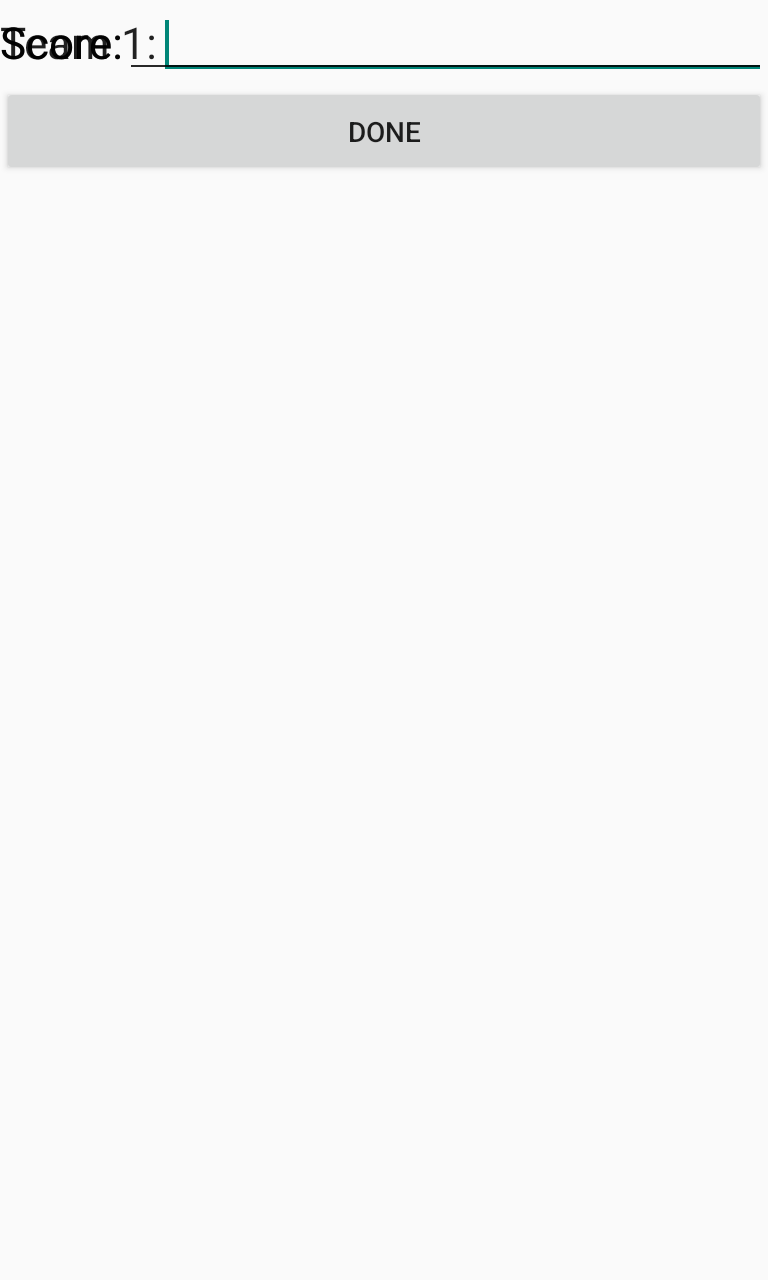
Repository: charlesweng/school
Layout: simpleandroidapps/GettingToKnowUIActivities/charleswengScoringProject/charleswengScoring/res/layout/fragment_teamdialog.xml
These files come from the project's save history. The layout is drawn as it stood at one moment and after the next save; the edit follows.
It is drawn on a 768 x 1280 px phone screen (xhdpi) without system bars, with theme AppTheme; the app's code is not run.

Above is the layout before, as saved 2014-04-26 15:47:00.

### simpleandroidapps/GettingToKnowUIActivities/charleswengScoringProject/charleswengScoring/res/layout/fragment_teamdialog.xml
<?xml version="1.0" encoding="utf-8"?>
<RelativeLayout xmlns:android="http://schemas.android.com/apk/res/android"
    android:layout_width="match_parent"
    android:layout_height="match_parent"
    android:orientation="vertical" >

    <LinearLayout
     	android:id="@+id/line1"
     	android:layout_width="match_parent"
    	android:layout_height="match_parent"
        >
    <TextView
        android:id="@+id/team1name"
        android:layout_width="wrap_content"
        android:layout_height="wrap_content"
        android:layout_alignParentTop="true"
        android:layout_alignParentLeft="true"
        android:layout_alignBaseline="@+id/editTeam1"
        android:text="@string/team_1_edit"
        android:textAppearance="?android:attr/textAppearanceLarge" />
	<EditText
        android:id="@+id/editTeam1"
        android:layout_width="fill_parent"
        android:layout_height="wrap_content"
        android:layout_alignParentRight="true"
        android:layout_alignParentTop="true"
        android:layout_toRightOf="@+id/team1name"
        android:inputType="text"
        android:ems="10" >
        <requestFocus />
    </EditText>

    </LinearLayout>

    <LinearLayout
     	android:id="@+id/line2"
     	android:layout_width="match_parent"
    	android:layout_height="match_parent"
    	android:layout_below="@+id/line1"
        >
    <TextView
        android:id="@+id/team2name"
        android:layout_width="wrap_content"
        android:layout_height="wrap_content"
        android:layout_below="@+id/team1score"
        android:layout_alignBaseline="@+id/editTeam2"
        android:layout_alignParentLeft="true"
        android:text="@string/team_2_edit"
        android:textAppearance="?android:attr/textAppearanceLarge" />
    <EditText
        android:id="@+id/editTeam2"
        android:layout_width="fill_parent"
        android:layout_height="wrap_content"
        android:layout_alignParentRight="true"
        android:layout_below="@+id/editScore1"
        android:layout_toRightOf="@+id/team2name"
        android:inputType="text"
        android:ems="10" >
    </EditText>
    </LinearLayout>
    <TextView
        android:id="@+id/team1score"
        android:layout_width="wrap_content"
        android:layout_height="wrap_content"
        android:layout_below="@+id/line1"
        android:layout_alignBaseline="@+id/editScore1"
        android:layout_alignParentLeft="true"
        android:text="@string/score"
        android:textAppearance="?android:attr/textAppearanceLarge" />

    <TextView
        android:id="@+id/team2score"
        android:layout_width="wrap_content"
        android:layout_height="wrap_content"
        android:layout_below="@+id/team2name"
        android:layout_alignBaseline="@+id/editScore2"
        android:layout_alignParentLeft="true"
        android:text="@string/score"
        android:textAppearance="?android:attr/textAppearanceLarge" />




    <EditText
        android:id="@+id/editScore1"
        android:layout_width="fill_parent"
        android:layout_height="wrap_content"
        android:layout_alignParentRight="true"
        android:layout_below="@+id/editTeam1"
        android:layout_toRightOf="@+id/team1score"
        android:inputType="number"
        android:ems="10" >
    </EditText>

    <EditText
        android:id="@+id/editScore2"
        android:layout_width="fill_parent"
        android:layout_height="wrap_content"
        android:layout_alignParentRight="true"
        android:layout_below="@+id/editTeam2"
        android:layout_toRightOf="@+id/team2score"
        android:inputType="number"
        android:ems="10" >
    </EditText>

    <Button
        android:id="@+id/button1"
        android:layout_width="fill_parent"
        android:layout_height="wrap_content"
        android:layout_below="@+id/editScore2"
        android:layout_centerHorizontal="true"
        android:text="@string/done"
	/>

</RelativeLayout>

### simpleandroidapps/GettingToKnowUIActivities/charleswengScoringProject/charleswengScoring/res/values/strings.xml
<?xml version="1.0" encoding="utf-8"?>
<resources>

    <string name="app_name">charleswengScoring</string>
    <string name="hello_world">Hello world!</string>
    <string name="action_settings">Settings</string>
    <string name="enter_date">Enter Date</string>
    <string name="date">Date</string>
    <string name="enter_game">Enter Game</string>
    <string name="team_1">Team 1</string>
    <string name="team_2">Team 2</string>
    <string name="team_1_edit">Team 1:</string>
    <string name="team_2_edit">Team 2:</string>
    <string name="zero">0</string>
    <string name="next_game">Next Game</string>
    <string name="title_activity_date_picker">DatePicker</string>
	<string name="done">Done</string>
	<string name="score">Score:</string>
</resources>

Loaded but not shown: simpleandroidapps/GettingToKnowUIActivities/charleswengScoringProject/charleswengScoring/res/values/styles.xml (common file); simpleandroidapps/GettingToKnowUIActivities/charleswengScoringProject/charleswengScoring/res/values-v11/styles.xml (common file); simpleandroidapps/GettingToKnowUIActivities/charleswengScoringProject/charleswengScoring/res/values-v14/styles.xml (common file)

After the next save:
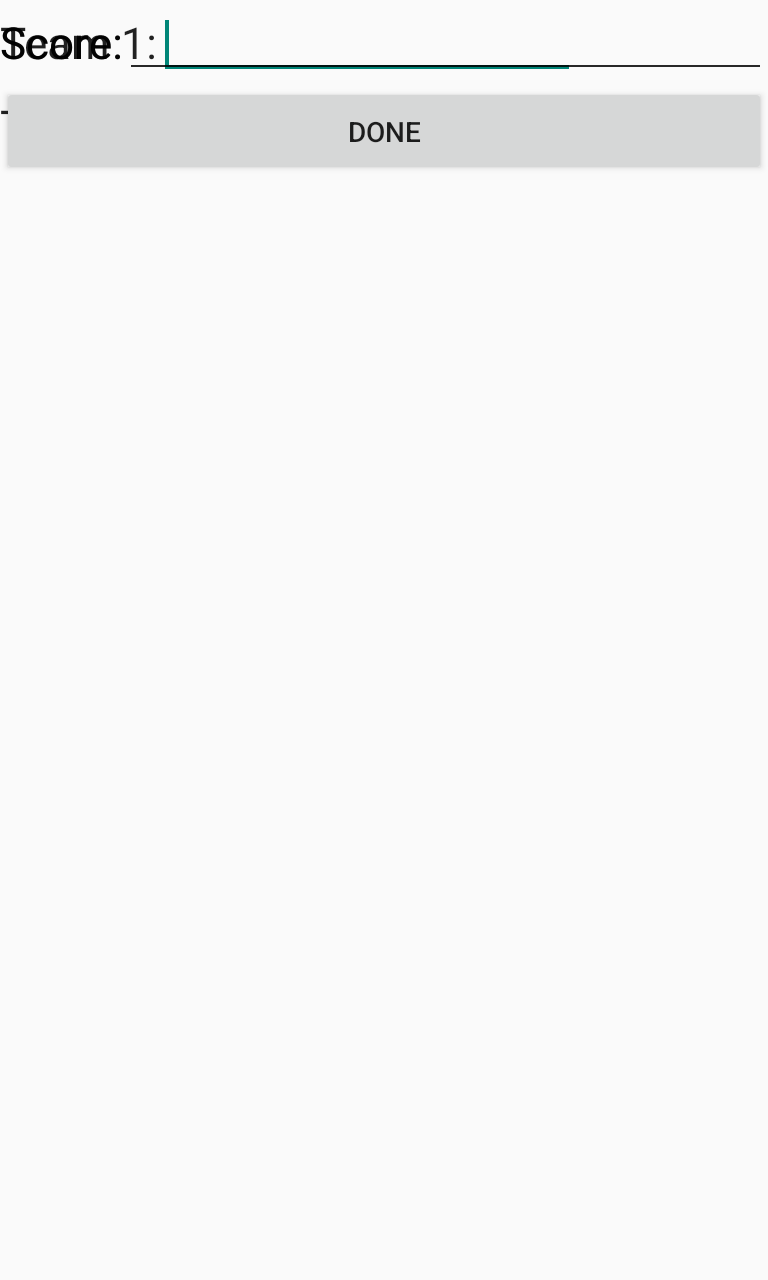
Saved 37 s later.
--- a/simpleandroidapps/GettingToKnowUIActivities/charleswengScoringProject/charleswengScoring/res/layout/fragment_teamdialog.xml
+++ b/simpleandroidapps/GettingToKnowUIActivities/charleswengScoringProject/charleswengScoring/res/layout/fragment_teamdialog.xml
@@ -6,8 +6,8 @@
 
     <LinearLayout
      	android:id="@+id/line1"
-     	android:layout_width="match_parent"
-    	android:layout_height="match_parent"
+     	android:layout_width="wrap_content"
+    	android:layout_height="wrap_content"
         >
     <TextView
         android:id="@+id/team1name"
@@ -34,8 +34,8 @@
 
     <LinearLayout
      	android:id="@+id/line2"
-     	android:layout_width="match_parent"
-    	android:layout_height="match_parent"
+     	android:layout_width="wrap_content"
+    	android:layout_height="wrap_content"
     	android:layout_below="@+id/line1"
         >
     <TextView
